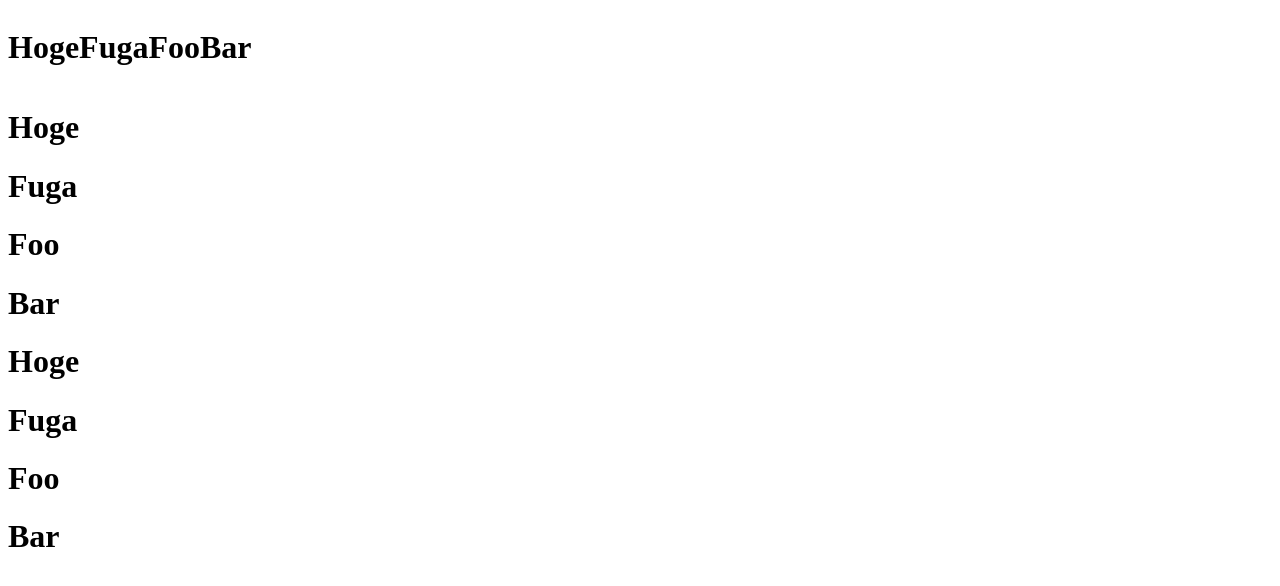
Repository: kota-nakasaka/samurai_HTML-CSS
Page: index2.html
The author's editor kept a record of every edit. The page is drawn from the files as they stood at one moment, then again after the next edit.
The browser window is 1280 px wide. The pictures show the whole page.

Above is the page before.

After the next edit:
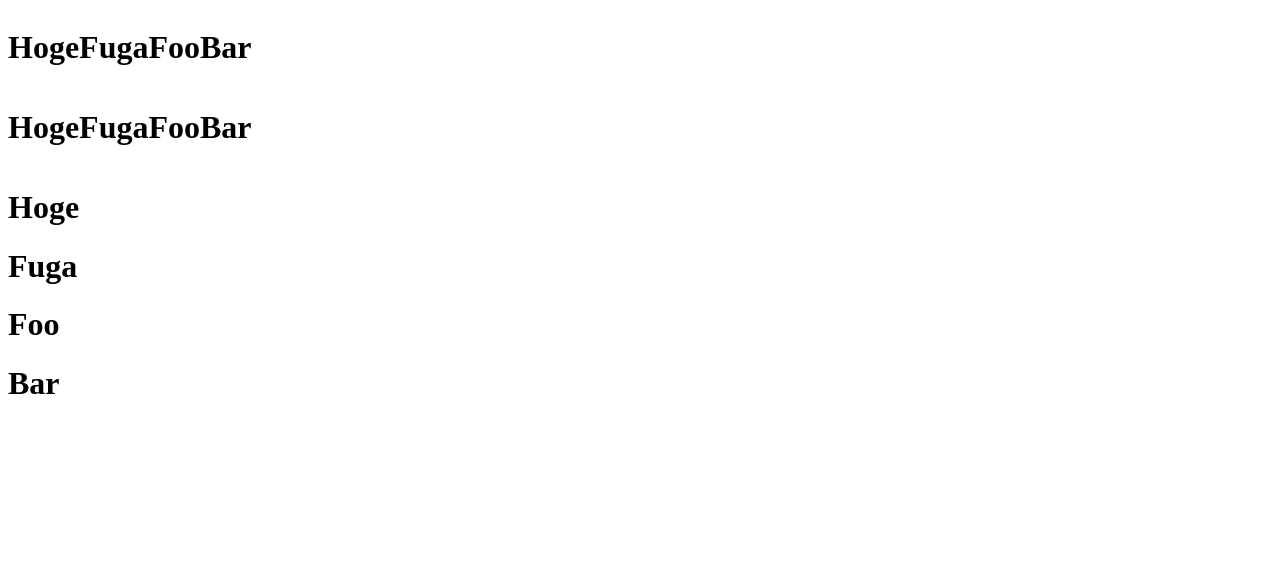
The edit:
--- a/index2.html
+++ b/index2.html
@@ -27,7 +27,7 @@
             <h1>Bar</h1>
         </div>
 
-        <div id="reverse">
+        <div id="wrap">
             <h1>Hoge</h1>
             <h1>Fuga</h1>
             <h1>Foo</h1>
